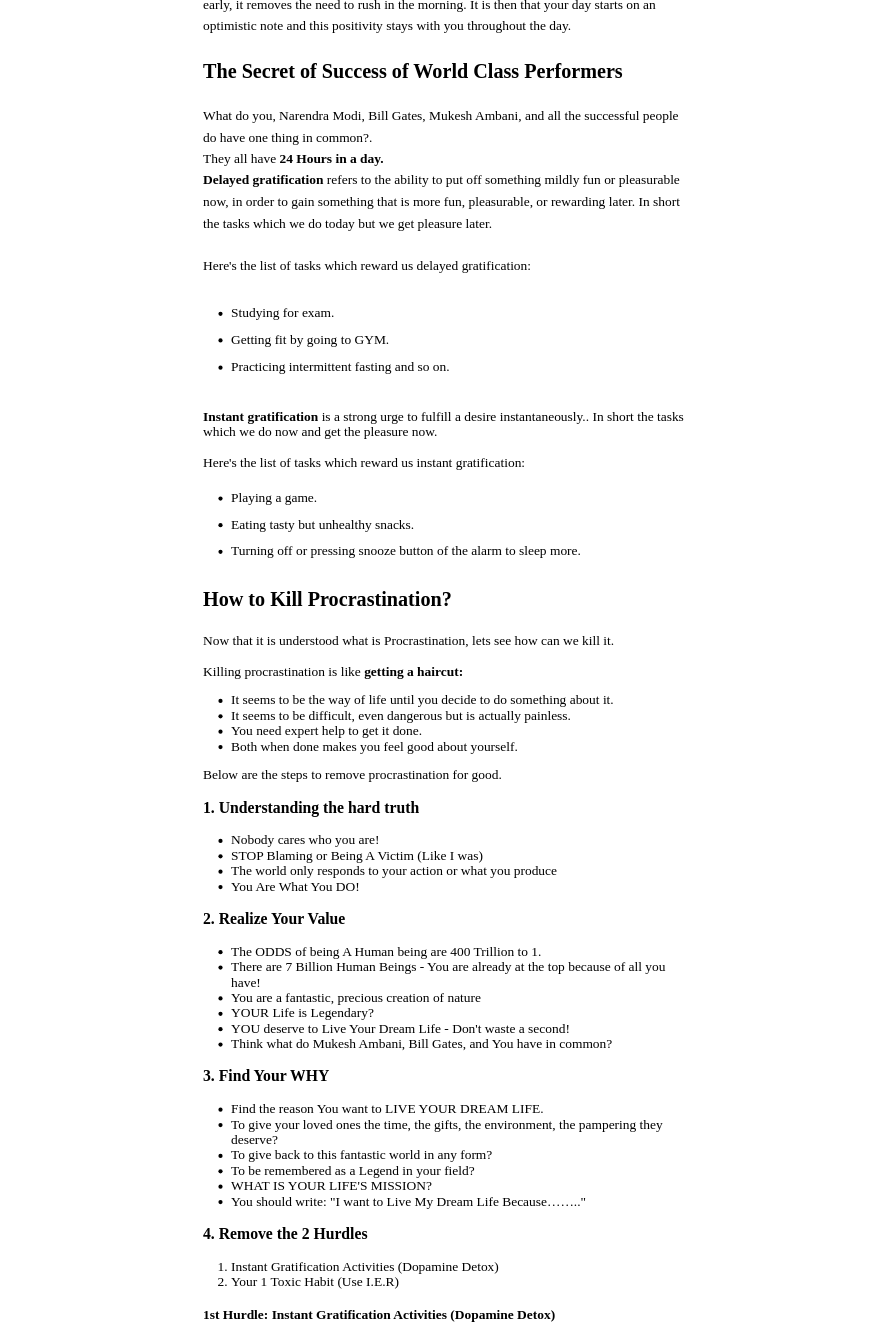
Repository: PuneetP16/Portfolio
Page: Wake Up At 5 AM Every Single Day Like Clockwork.html
These files come from the project's save history. The page is drawn as it stood at one moment and after the next save; the edit follows.
The browser window is 1280 px wide. The pictures show the part of the page from y = 835 to 2755 px (the page is 4174 px tall before and 4204 px after), at 70% of full size.
A picture or video elsewhere on the page could not be fetched, so the positions and the page height are approximate. Some web fonts or font styles are not loaded; a fallback is used.

Above is the page before, as saved 2021-12-10 02:39:27.

### Wake Up At 5 AM Every Single Day Like Clockwork.html
<!DOCTYPE html>
<html lang="en">

<head>
  <meta charset="UTF-8" />
  <meta name="viewport" content="width=device-width, initial-scale=1.0" />
  <title>Wake Up At 5 AM Every Single Day Like Clockwork: Practical Approach</title>
  <link rel="stylesheet" href="style.css" />
</head>

<body>
  <div class="blog-container blog-container-center" style="margin-top: 5rem">
    <h1 class="main-head">Wake Up At 5 AM Every Single Day Like Clockwork: Practical Approach</h1>
    <strong> December 5, 2021</strong>
    <header class="blog-head">
      <img class="blog-img"
        src="Images/sage-friedman-HS5CLnQbCOc-unsplash.jpg"
        alt="Code" />
    </header>

    <hr />

    <p class="blog-paragraph">
      Waking up early is equal to <strong>reduced stress level</strong> and <strong>peace</strong> is its effect. When you rise early, it removes the need to rush in the morning. It is then that your day starts on an optimistic note and this positivity stays with you throughout the day.
    </p>

    <h2 class="blog-h2">The Secret of Success of World Class Performers</h2>
    <p class="blog-paragraph">
      What do you, Narendra Modi, Bill Gates, Mukesh Ambani, and all the successful people do have one thing in common?.
     <br> They all have <strong>24 Hours in a day.</strong><br>
      <strong>Delayed gratification</strong> refers to the ability to put off something mildly fun or pleasurable now, in order to gain something that is more fun, pleasurable, or rewarding later. In short the tasks which we do today but we get pleasure later. <br><br>
        Here's the list of tasks which reward us delayed gratification:
      <ul style="line-height: 2">
        <li>Studying for exam.</li>
        <li>Getting fit by going to GYM.</li>
        <li>Practicing intermittent fasting and so on.</li>
      </ul>
      <br>
      <strong>Instant gratification</strong> is a strong urge to fulfill a desire instantaneously.. In short the tasks which we do now and get the pleasure now. <br><br>
        Here's the list of tasks which reward us instant gratification:
      <ul style="line-height: 2">
        <li>Playing a game.</li>
        <li>Eating tasty but unhealthy snacks.</li>
        <li>Turning off or pressing snooze button of the alarm to sleep more.</li>
      </ul>
      <h2 class="blog-h2">How to Kill Procrastination?</h2>
      Now that it is understood what is Procrastination, lets see how can we kill it.<br><br>
      Killing procrastination is like <strong> getting a haircut:</strong> <br>
      <ul>
        <li>It seems to be the way of life until you decide to do something about it.</li>
        <li>It seems to be difficult, even dangerous but is actually painless.</li>
        <li>You need expert help to get it done.</li>
        <li>Both when done makes you feel good about yourself.</li>
      </ul>
      Below are the steps to remove procrastination for good.
      <h3>1. Understanding the hard truth </h3>
      <ul>
        <li>Nobody cares who you are!</li>
        <li>STOP Blaming or Being A Victim (Like I was) </li>
        <li>The world only responds to your action or what you produce</li>
        <li>You Are What You DO!</li>
      </ul>

      <h3>2. Realize Your Value</h3>
      <ul>
        <li>The ODDS of being A Human being are 400 Trillion to 1. </li>
        <li>There are 7 Billion Human Beings - You are already at the top because of all you have!</li>
        <li>You are a fantastic, precious creation of nature</li>
        <li>YOUR Life is Legendary?</li>
        <li>YOU deserve to Live Your Dream Life - Don't waste a second!</li>
        <li>Think what do Mukesh Ambani, Bill Gates, and You have in common?</li>
      </ul>

      <h3>3. Find Your WHY </h3>
      <ul>
        <li>Find the reason You want to LIVE YOUR DREAM LIFE.</li>
        <li>To give your loved ones the time, the gifts, the environment, the pampering they deserve?</li>
        <li>To give back to this fantastic world in any form?</li>
        <li>To be remembered as a Legend in your field? </li>
        <li>WHAT IS YOUR LIFE'S MISSION?</li>
        <li>You should write: "I want to Live My Dream Life Because…….."</li>
      </ul>

      <h3>4. Remove the 2 Hurdles</h3>
      <ol>
        <li>Instant Gratification Activities (Dopamine Detox)</li>
        <li>Your 1 Toxic Habit (Use I.E.R)</li>
      </ol>

      <h4>1st Hurdle: Instant Gratification Activities (Dopamine Detox)</h4>
      <ul>
        <li>Block ALL Notifications in your phone.</li>
        <li>Go to Settings -> Notifications</li>
        <li>Turn notifications off for ALL Apps</li>
        <li>This includes YouTube, Facebook, Instagram,  Amazon, Flipkart, Myntra, & ALL News apps etc.</li>
        <li>Such a Simple Step can itself show immediate benefits.</li>
        <li>Digital Detox - For the next 24 Hours - No Videos of any Kind, No Social Media, No Video Games, no songs.</li>
        <li>You can only read, write, talk, walk, eat simple food.</li>
      </ul>

      <h4>2nd Hurdle: Your 1 Toxic Habit (Use I.E.R)</h4>
      <ul>
        <li>I for identify: What is the one unproductive habit that takes up all your spare time?</li>
        <li>E for Eliminate: Remove it from the root. Never do it again.</li>
        <li>R for Replace: With 1 productive habit which contributes to your long-term growth. Make it easily accessible. Productive habits can be anything reading, writing, training or being with family.</li>
        <li>1 toxic habit wastes 80-90% of your time. Implementing this TODAY will dramatically transform you day.</li>
      </ul>

      <h3>5. Take Action NOW.</h3>
      <ol>
        <li>STEP 1: Write Down " I need to Live My Dream Life because..."</li>
        <li>STEP 2: Block ALL app notifications & go on a Digital Detox for 24 hours.</li>
        <li>STEP 3: Identify, Eliminate and Replace your one TOXIC HABIT. </li>
      </ol>
      I recommend to use the following worksheet to remove procrastination for good. <br>
      <a href="https://paruluniversityacin-my.sharepoint.com/:w:/g/personal/180305221005_paruluniversity_ac_in/Ebi1ldGi0OpBhula2y21DAMBttAGShh9H3HnfXRHy4TEcg?e=gIK8Ci">Digital worksheet for killing procrastination and finding your WHY.</a>
    <h2 class="blog-h2">Final Words</h2>
      <h3 class="quotes">If You Procrastinate on Killing Procrastination, Procrastination will kill you!</h3>
      <h3 class="quotes">Nothing can stop the man who will bet even his own existence on his stated purpose.</h3>

    <hr />

    <footer class="blog-footer">
      <div><strong>Social media handle's</strong></div>
      <ul class="social-links list-non-bullet">
        <li class="list-item-inline">
          <a class="link" href="https://twitter.com/PatelPuneet16" target="_blank">Twitter</a>
        </li>
        <li class="list-item-inline">
          <a class="link" href="https://github.com/PuneetP16" target="_blank">Github</a>
        </li>
        <li class="list-item-inline">
          <a class="link" href="https://www.linkedin.com/in/puneet-patel-96b607a0/" target="_blank">LinkedIn</a>
        </li>
      </ul>
    </footer>
  </div>
</body>

</html>

### style.css
@import url('https://fonts.googleapis.com/css2?family=Fuzzy+Bubbles&family=Merriweather&family=Montserrat:ital,wght@0,400;1,500&family=Sacramento&display=swap');

:root {
  --primary-color: #F87171;
  --off-white: #f3f4f6;
  --dark-gray: #6b7280;
}

body {
  font-family: 'Fuzzy Bubbles', cursive;
  max-width: 85%;
  margin: 0px auto;
  font-size: 1.2rem;
}

.container {
  padding-left: 1rem;
  padding-right: 1rem;
}

.container-center {
  max-width: 900px;
  width: 100%;
  margin: auto;
}

.container-center h1 {
  font-family: 'Sacramento', cursive;
  font-size: 2.4rem;
}

hr {
  margin: 2rem 0;
}

/** links **/
.link {
  text-decoration: none;
  border-radius: 0.5rem;
  padding: 0.8rem 0.8rem;
  margin-top: 0.5rem;
  margin-bottom: 0.5rem;
  display: inline-block;
}

.link-primary {
  background-color: var(--primary-color);
  color: white;
}

.link-secondary {
  border: 1px solid var(--primary-color);
  color: var(--primary-color);
}

.link-without-decoration {
  display: block;
  text-decoration: none;
  color: white;
  font-size: 2rem;
  margin: auto;
  text-align: center;
  padding-right: 550px;
}

/** Lists **/
.list-non-bullet {
  list-style: none;
  padding-inline-start: 0px;
  margin-block-end: 0px;
}

.list-item-inline {
  display: inline;
  padding: 0rem 0.5rem;
}

.list-item-container {
  padding: 1rem;
  text-align: center;
  border-radius: 1rem;
  margin-top: 1rem;
  margin-bottom: 3rem;
}

/** Navigation **/
.navigation {
  background-color: var(--primary-color);
  color: white;
  padding: 1rem;
  margin-bottom: 2rem;
  border-bottom-left-radius: 2rem;
  border-bottom-right-radius: 2rem;
}

.navigation .nav-head {
  font-weight: bold;
  font-size: 1.2rem;
}

.navigation .nav-pills {
  text-align: right;
  margin-top: 0px;
}

.navigation .link {
  color: white;
  font-size: 1.4rem;
}

.navigation .link-active {
  font-weight: bold;
}

/** Header **/
.hero {
  padding: 2rem;
}

.hero .hero-img {
  max-width: 450px;
  display: block;
  margin: auto;
}

.hero .hero-heading {
  color: var(--dark-gray);
  text-align: center;
}

.hero .hero-heading span {
  color: var(--primary-color);
}
/** Sections **/

.section {
  margin-top: 2rem;
  padding: 2rem;
  border-radius: 1rem;
  text-align: center;
}

.section p {
  font-size: 1.2rem;
}

.ow {
  background-color: var(--off-white);
}

/** Footer **/
.footer {
  background-color: var(--primary-color);
  color: white;
  margin-top: 2rem;
  padding: 2rem;
  padding-top: 20px;
  padding-bottom: 16px;
  border-top-right-radius: 1rem;
  text-align: center;
  border-top-left-radius: 3rem;
  border-top-right-radius: 3rem;
}

.footer .footer-header {
  font-weight: bold;
  font-size: large;
}

.footer .link {
  color: white;
}

.footer .social-links {
  padding-inline-start: 0px;
  margin-top: 8 px;
}

/** Blog Styling **/

.blog-container {
  padding-left: 1rem;
  padding-right: 1rem;
}

.blog-container-center {
  max-width: 700px;
  width: 100%;
  margin: auto;
}

div .blog-paragraph {
  margin-top: 2rem;
  margin-bottom: 2rem;
  line-height: 1.6;
}

div .blog-h2 {
  margin-top: 2rem;
  margin-bottom: 2rem;
}

div .blog-img {
  width: 100%;
  display: block;
}

div .blog-head {
  padding: 1rem;
}

/** blog footer **/

.blog-footer {
  color: Black;
  margin-top: 2rem;
  padding: 2rem;
  border-top-right-radius: 1rem;
  text-align: center;
}

.blog-footer .link {
  color: blue;
}

.main-head {
  font-weight: normal;
  margin-bottom: 0.5rem;
}

.quotes {
  text-align: center;
  font-size: 1.6rem;
  color:darkcyan;
}

.contact-me {
  background-color:#FEE2E2;
  padding: 0.05rem 0.5rem 2rem 0.5rem;
  border-radius: 1rem;
  font-size: 1.13rem;
}


.contact-me .btn{
  /* text-align: center;
  width: auto; */
  border-radius: 15px;
  font-size: 20px;
  font-weight: 600;
  background-color: var(--primary-color);
  color: white;
  padding: 10px 30px;
  border: 2px solid #000000;
  margin: auto;
  margin-top: 1rem;
  cursor: pointer;
  max-width: 85%;
}

.contact-me .btn:hover{
  background-color: #5FA8D3;
  color: #1B4965;
}

After the next save:
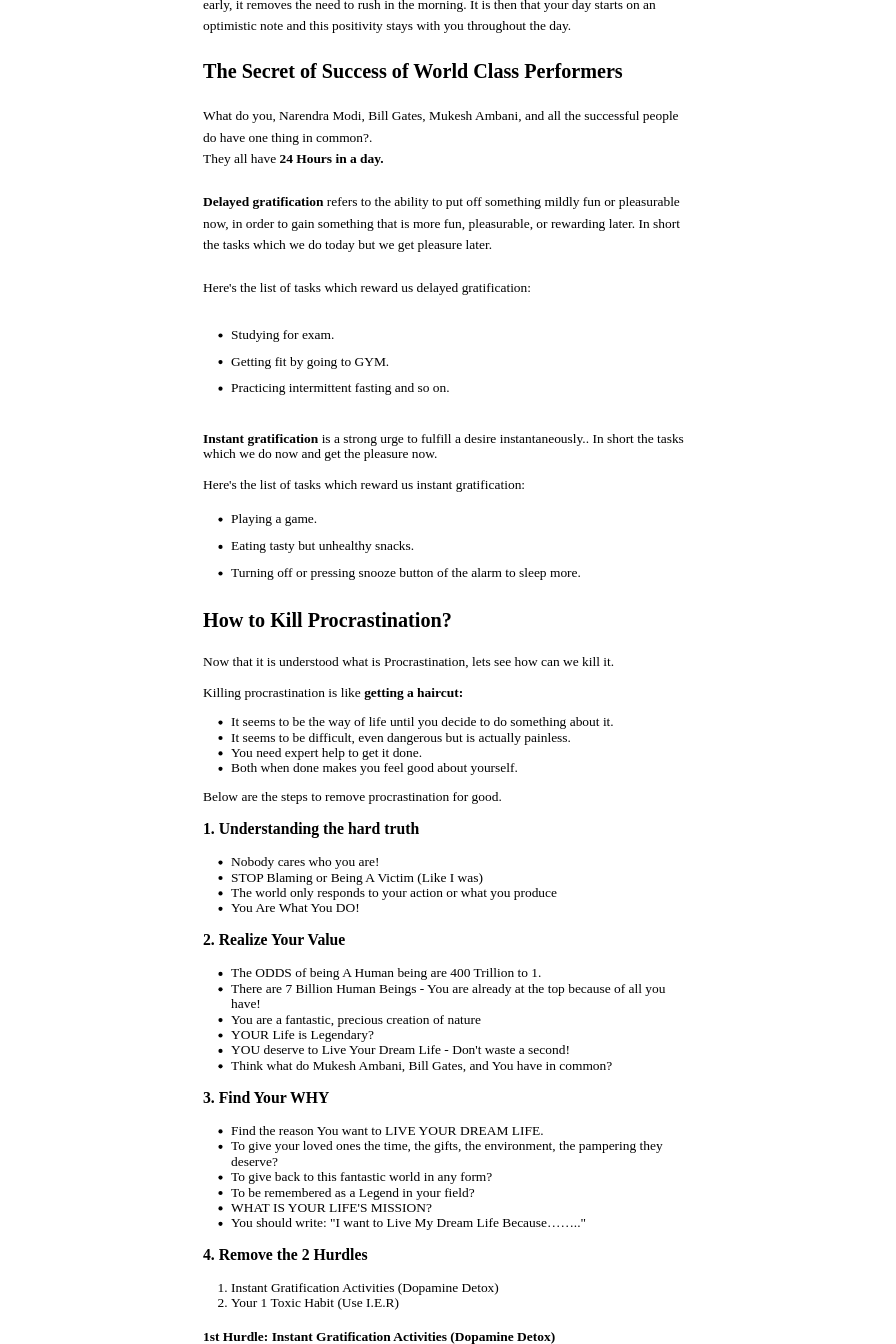
Saved 29 s later.
--- a/Wake Up At 5 AM Every Single Day Like Clockwork.html
+++ b/Wake Up At 5 AM Every Single Day Like Clockwork.html
@@ -27,7 +27,7 @@
     <h2 class="blog-h2">The Secret of Success of World Class Performers</h2>
     <p class="blog-paragraph">
       What do you, Narendra Modi, Bill Gates, Mukesh Ambani, and all the successful people do have one thing in common?.
-     <br> They all have <strong>24 Hours in a day.</strong><br>
+     <br> They all have <strong>24 Hours in a day.</strong><br> <br>
       <strong>Delayed gratification</strong> refers to the ability to put off something mildly fun or pleasurable now, in order to gain something that is more fun, pleasurable, or rewarding later. In short the tasks which we do today but we get pleasure later. <br><br>
         Here's the list of tasks which reward us delayed gratification:
       <ul style="line-height: 2">
